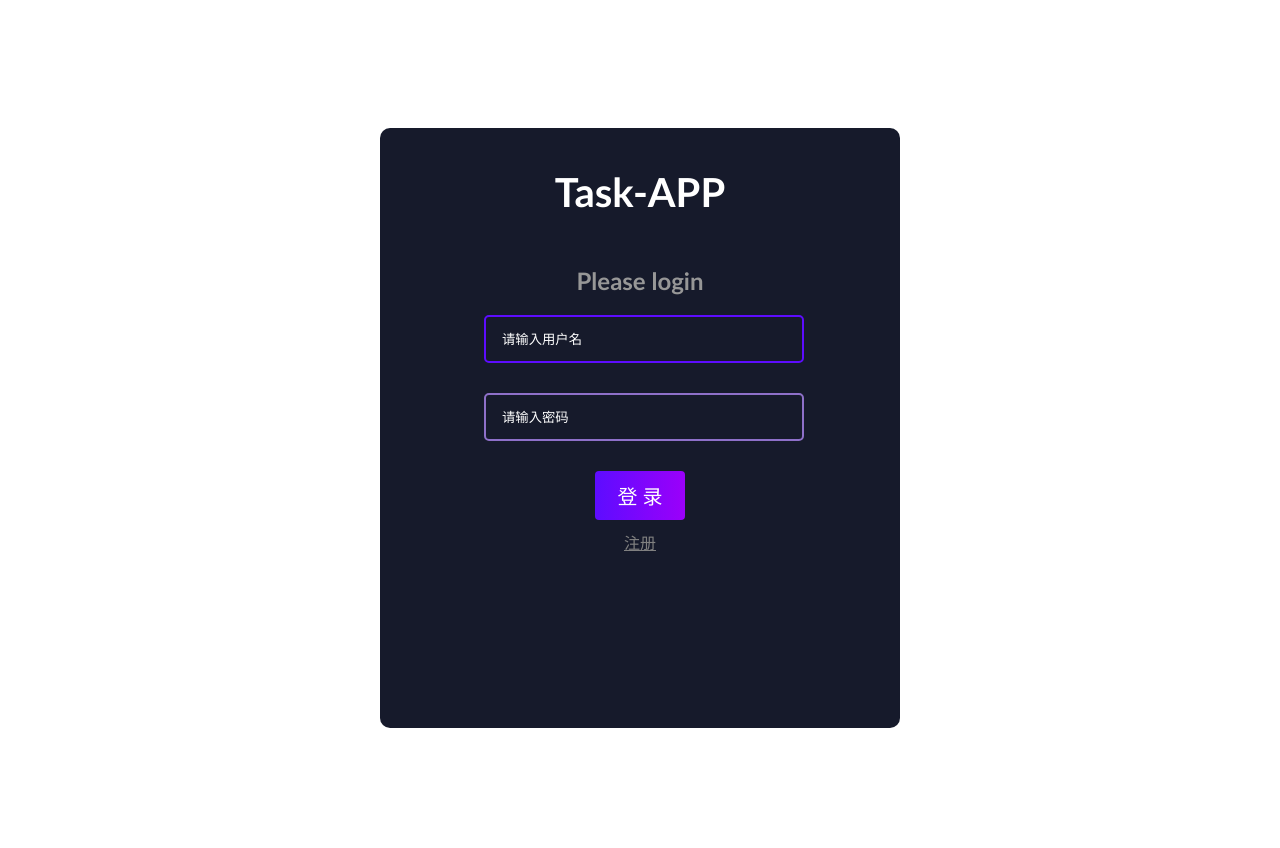
Repository: Azem723/todo-list-app
Page: /
An editor plug-in stored every save of this project. The page is shown before and after the next save, followed by the edit.
The browser window is 1280 px wide. The pictures show the whole page.
The project was rebuilt for these pictures with package versions that can differ from the ones it lists, and the page was loaded fresh each time. Also part of the build but not shown: src/components/todoForm/TodoForm.module.css, src/components/todoForm/TodoForm.jsx, src/components/todoList/TodoList.module.css, src/components/todo/Todo.module.css, src/components/todo/Todo.jsx, src/components/todoList/TodoList.jsx, src/pages/home/Home.jsx, src/pages/NotFoundPages.jsx and 4 more.

Above is the page before, as saved 2021-12-08 11:12:47.

After the next save:
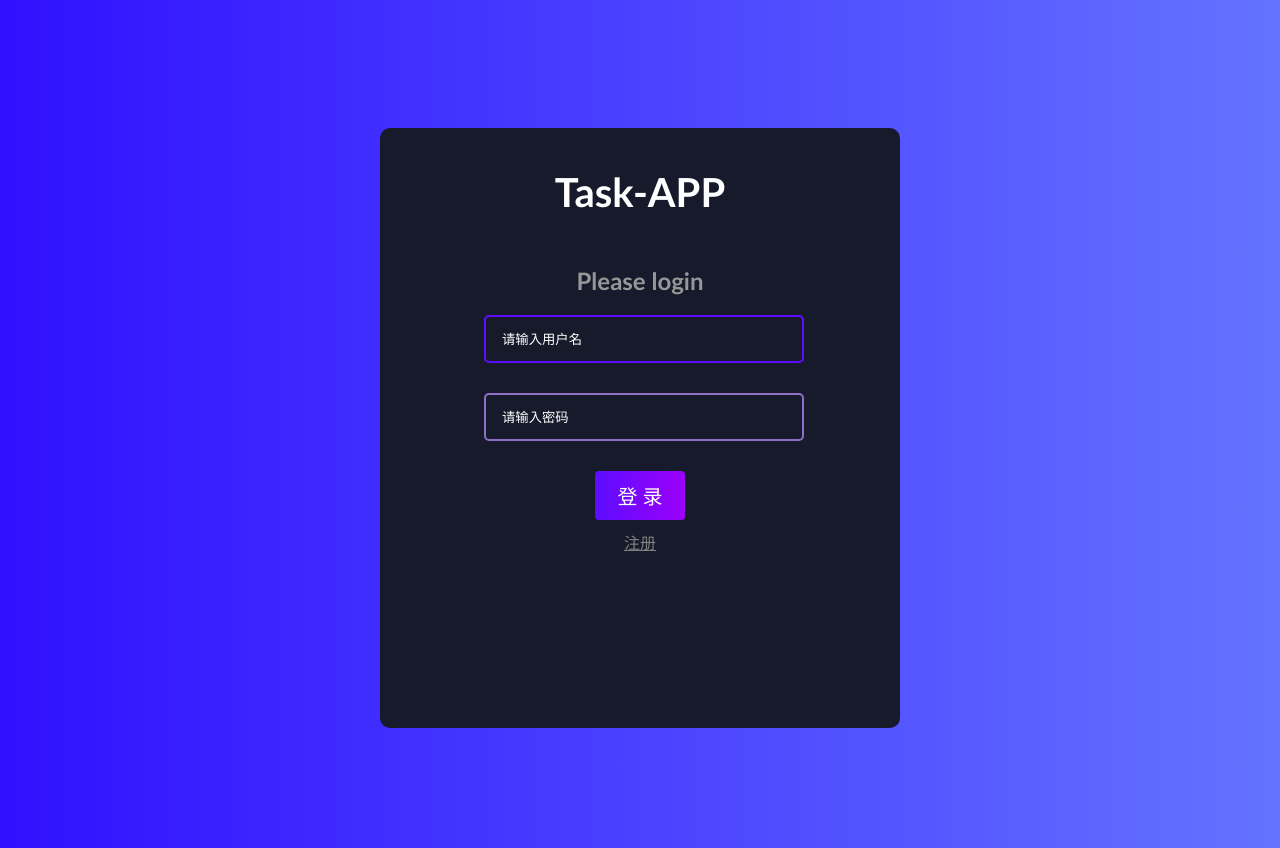
Saved 22 s later.
--- a/src/App.css
+++ b/src/App.css
@@ -9,6 +9,11 @@
 body {
   height: 100vh;
   padding-bottom: env(safe-area-inset-bottom);
+  background: linear-gradient(
+    90deg,
+    rgba(48, 16, 255, 1) 0%,
+    rgba(100, 115, 255, 1) 100%
+  );
 }
 /* .fixedBg {
   background: linear-gradient(
